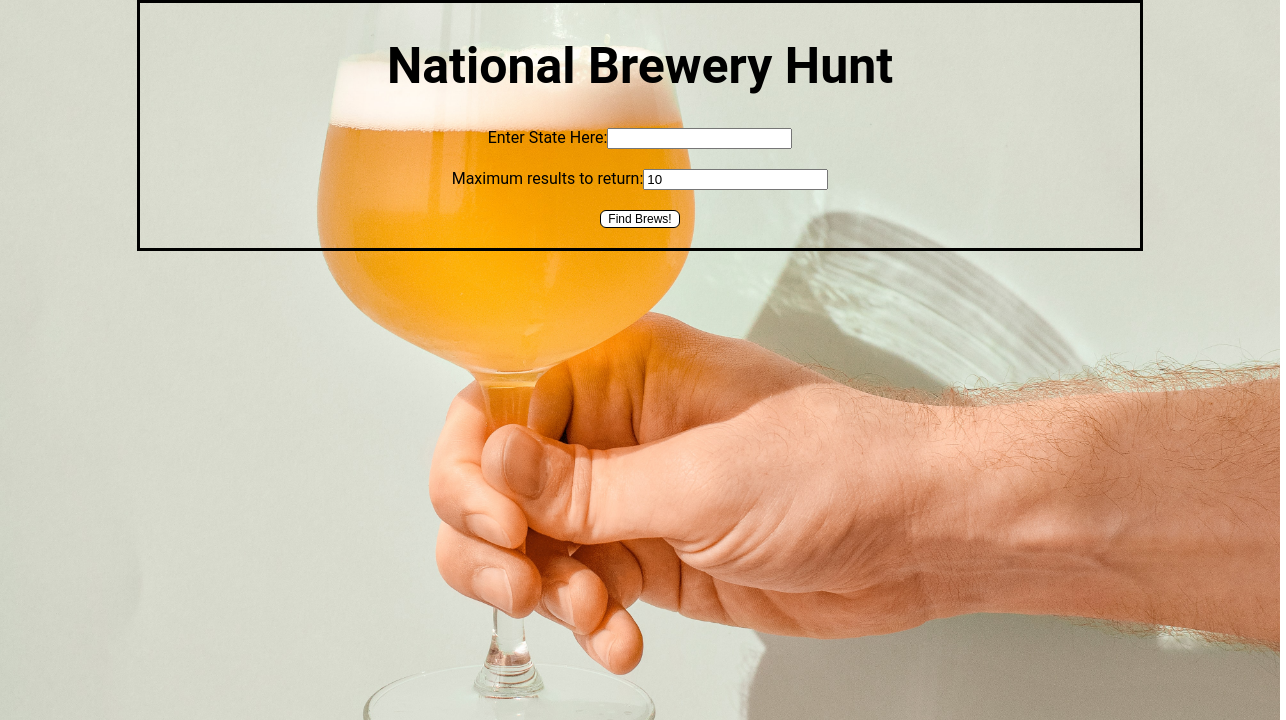
Repository: kaitlynMidori/searchBrews
Page: index.html
The author's editor kept a copy of each file at every save. The page is drawn from the files as they stood at one save, then again after the next save.
The browser window is 1280 px wide. The page is 1280 px wide, then 1286 px, so the pictures cover 1286 px, including what lies to the right of the window. The pictures show the whole page.

Above is the page before, as saved 2021-04-24 12:03:13.

### index.html
<!DOCTYPE html>
<html lang="en">

<head>
    <meta charset="UTF-8" />
    <meta name="viewport" content="width=device-width, initial-scale=1.0" />
    <meta http-equiv="X-UA-Compatible" content="ie=edge" />
    <title>National Brewery Hunt</title>
    <link rel="stylesheet" href="style.css" />
</head>

<body>
    <div id="container">
        <h1>National Brewery Hunt</h1>

        <form id="search-form">
            <p>
                <label for="by_state">Enter State Here:</label>
                    <input type="text" name="by_state" id="by_state" required />
            </p>

            <p>
                <label for="max-results">Maximum results to return: </label>
                    <input type="number" name="max-results" id="max-results" value="10" />
            </p>

            <p>
                <input type="submit" value="Find Brews!" class="submit" />
            </p>
        </form>

        <p id="error-message"></p>

        <section id="results" class="hidden">
            <h2>Search results</h2>
            <ol id="results-list"></ol>
        </section>
    </div>
    <script src="https://code.jquery.com/jquery-3.3.1.js" integrity="sha256-2Kok7MbOyxpgUVvAk/HJ2jigOSYS2auK4Pfzbm7uH60=" crossorigin="anonymous"></script>
    <script src="app.js"></script>
</body>

</html>
<!-- This app doesn't follow a11y best practices, and the JS file is incomplete. Complete the getBreweries, displayResults, and watchSubmit functions. When you're done, this app should allow a user to search for a state, and display a list of breweries in that state. The list should include the brewery's name and a link to their website. You should make requests to this API: https://www.openbrewerydb.org/ . Make any necessary adjustments to make this app accessible. -->

### style.css

body {
    font-family: "Roboto", sans-serif;
    color: black;
    margin: auto;
    /* background: cover; */
    background: url("screenshots/beer.jpg") no-repeat center center fixed;
    -webkit-background-size: cover;
  -moz-background-size: cover;
  -o-background-size: cover;
  background-size: cover;


    width: 100%;
    max-width: 1000px;
    border: solid;
}

.hidden {
    display: none;
}

h1  {
    text-align: center;
    font-size: 50px;
}

h2 {
    text-align: center;
}

/* .search-form {
    text-align: center;
    display: flex;
    flex-direction: column;
    width: auto;
    border: 1px solid black;
    padding: 30px;
    margin-left: 100px;
    margin-right: 100px;
    margin-bottom: 50px;
    border-radius: 8px;
} */

legend {
    text-align: center;
}

form p {
    margin: 5px;
    display: flex;
    width: auto;
    justify-content: center;
    margin: 20px 0 20px 0;
}

/* .results-list {
    margin: auto;
    width: 50px;
    height: 25px;
    padding: 0px;
    text-align: left;
    margin-bottom: 10px;
    margin-top: 10px;
    border-radius: 6px;
} */



.submit {
    border: 1px solid black;
    background-color: white;
    justify-content: center;
    margin-left: auto;
    margin-right: auto;
    width: 80px;
    height: 18px;
    border-radius: 6px;
    padding: 1px;
    font-size: 12px;
}

.submit:hover {
    cursor: pointer;
}

/* .results-amount:hover {
    cursor: text;
} */


/*Results Styling*/

/* .results-display-container {
    margin: auto;
} */

/* .single-result {
    border: 1px solid rgb(177, 175, 175);
    margin: auto;
    border-radius: 8px;
    box-shadow: -1px 2px rgb(209, 209, 209);
    padding: 15px;
    width: 1000px;
    margin-bottom: 15px;
} */

### app.js
"use strict";

const searchURL = ("https://api.openbrewerydb.org/breweries");

 //format query params
function formatQueryParams(params) {
    //return object array with params
   const queryItems = Object.keys(params)
   //produce object map param string key
     .map(key => `${key}=${params[key]}`)
     //return array as string
   return queryItems.join('&');
 }

function displayResults(responseJson, maxResults) {

    // if there are previous results, remove them
    console.log(responseJson);
    $("#results-list").empty();

    // iterate through the data array
    // list brewery name, city, url
    for (let i = 0; i < responseJson.length; i++) {
    $("#results-list").append(`<li class="each-product-result">

    <h3 class="product-name">${responseJson[i].name}</h3>
    <p class="product-price">${responseJson[i].city}</p>
    <p>Brewery page: <a href=${responseJson[i].website_url}>${responseJson[i].website_url}</a></p><br>
    <br>
    </li>`
      )
  };
    //display the results section
    $("#results").removeClass("hidden");
}

//getBreweries function
function getBreweries(query, maxResults) {
    //set API paramaters
    const params = {
        by_state: query,
        per_page: maxResults,
    };
    //declare queryString as formatQueryParams
    const queryString = formatQueryParams(params);
    //declare url to bind user input string to searchUrl
    const url = searchURL + "?" + queryString;
    console.log(url);
    //initiate fetch request using pure promise to get JSON object
    fetch(url)
    //check for resolved promise
        .then((response) => {
            // if response = true
            if (response.ok) {
                //return response object
                return response.json();
            }
            //raise exception to reject promise error and trigger .catch
            throw new Error(response.statusText);
        })
        .then((responseJson) => displayResults(responseJson, maxResults))
        //Catch any errors and return message
        .catch((err) => {
            $("#error-message").text(`Something went wrong: ${err.message}`);
        });
}

function watchForm() {
    // Bind an event handler to the “submit” JavaScript event
    $("form").submit((event) => {
        // If this method is called, the default action of the event will not be triggered.
        event.preventDefault();
        let by_state = $("#by_state").val();
	// by_state = by_state.replace(/\s/g, '');
        const maxResults = $("#max-results").val();
        getBreweries(by_state, maxResults);
    });
}

//call jQuery to pass in callback function when page loads
$(watchForm);

After the next save:
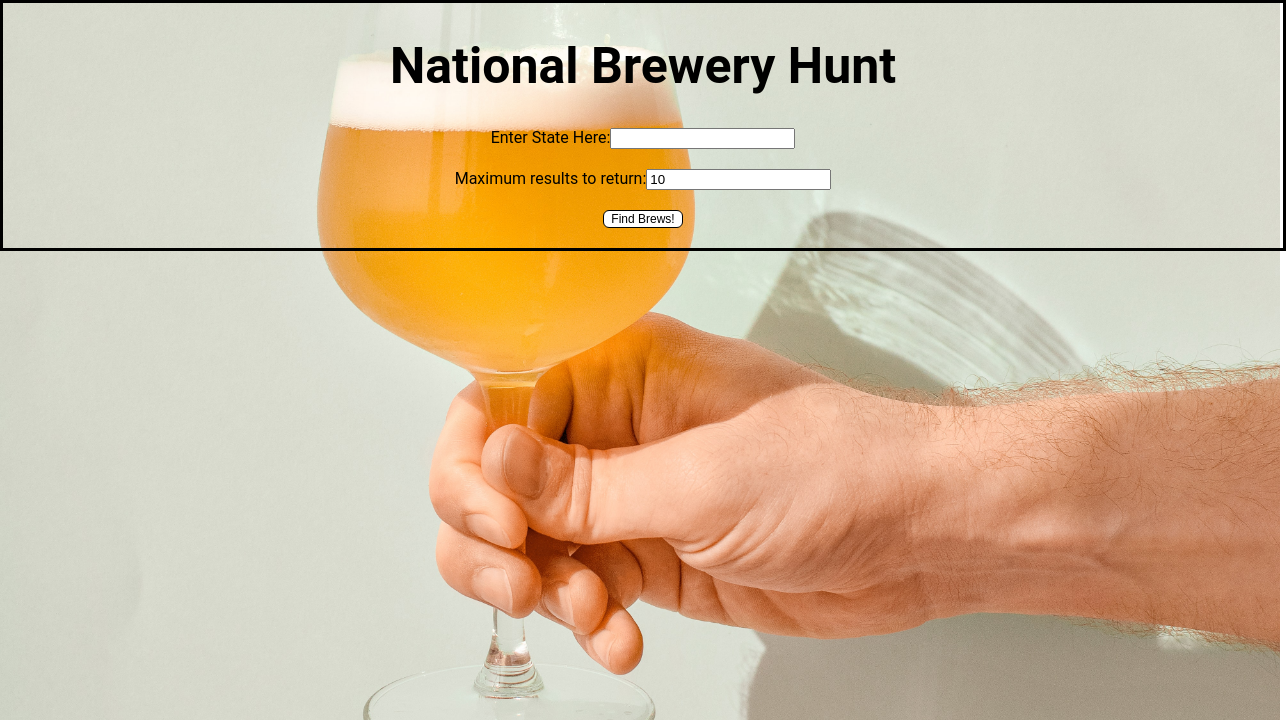
Saved 33 s later.
--- a/style.css
+++ b/style.css
@@ -12,7 +12,7 @@ body {
 
 
     width: 100%;
-    max-width: 1000px;
+
     border: solid;
 }
 
